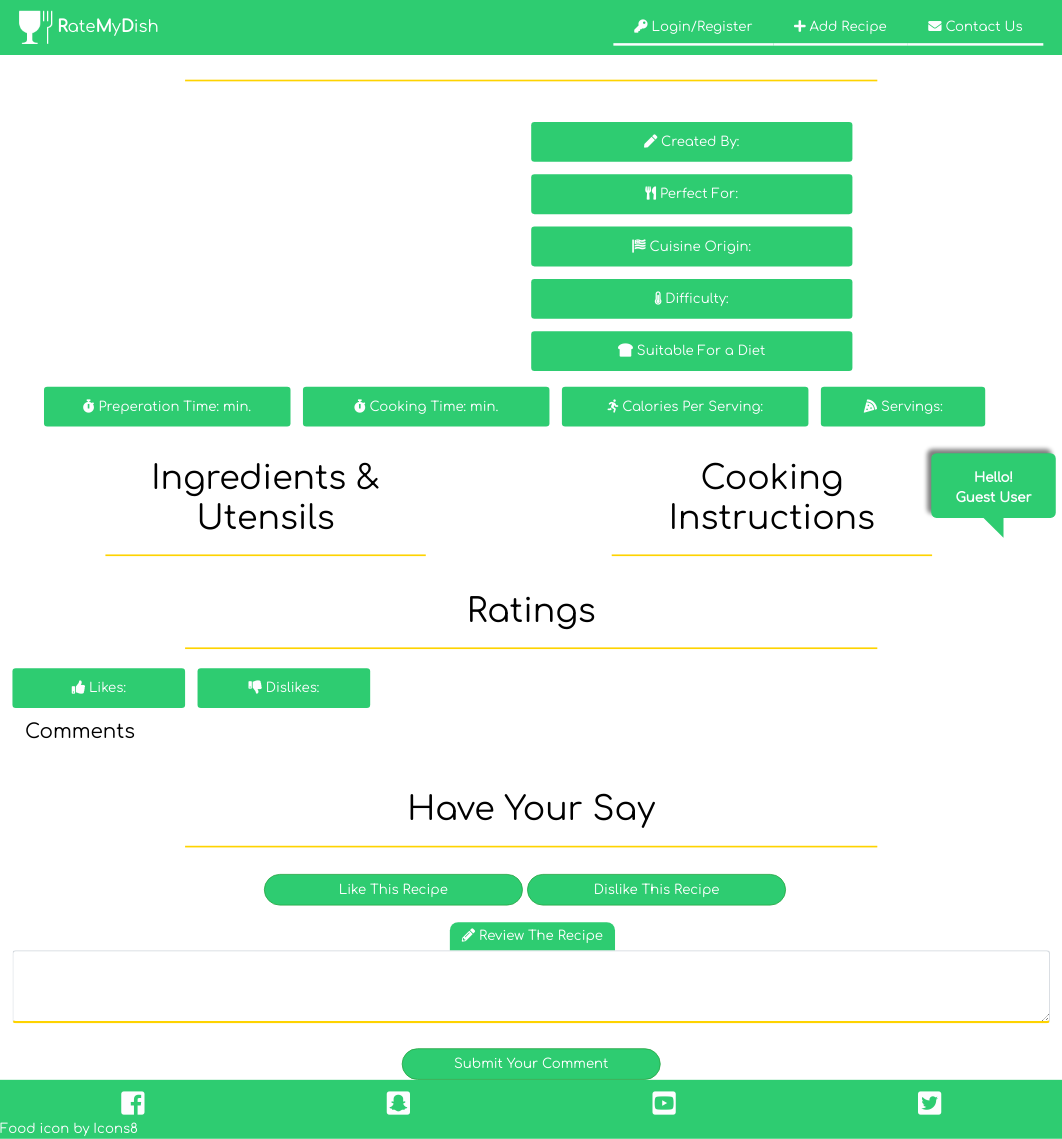
Repository: dbyrne87/ratemydish
Page: templates/recipepage.html
The author's editor kept a record of every edit. The page is drawn from the files as they stood at one moment, then again after the next edit.
The browser window is 1280 px wide. The pictures show the whole page, at 83% of full size.
Some web fonts or font styles are not loaded; a fallback is used. The page is served by the project's application, run on Flask 3 (app.py). The template is opened directly, without the code that normally fills it, so the values that code supplies are empty.

Above is the page before.

### templates/recipepage.html
{% extends 'base_forms.html' %} {% block content %}
<div class="container-fluid">
    {% with messages = get_flashed_messages() %}
                    {% if messages %}
                        {% for message in messages %}
                        <div class=" col-sm-6 alert alert-warning mx-auto" role="alert">
                          {{ message }}
                        </div>
                        {% endfor %}
                    {% endif %}
                {% endwith %}
    <h3 class="col-8 mx-auto text-center sub-heading text-capitalize" id="recipe-page-title">{{task.meal_title}}</h3>
    <div class="row col-12">
        <div class="col-6 mx-auto d-none d-lg-block">
            <img src="{{task.image_url}}" class="col-6" id="recipe-page-image"></img>
        </div>
            <div class="col-lg-6 d-none d-lg-block">
                <p class="recipe-page-list-boxes col-8 rounded" id="recipe-page-list-boxes-first"><i class="fas fa-pen"></i> Created By: {{task.chef_name}}</p>
                <p class="recipe-page-list-boxes col-8 rounded"><i class="fas fa-utensils"></i>   Perfect For: {{task.meal_type}}</p>
                <p class="recipe-page-list-boxes col-8 rounded"><i class="fas fa-flag-usa"></i>   Cuisine Origin: {{task.cuisine_type}}</p>
                <p class="recipe-page-list-boxes col-8 rounded"><i class="fas fa-thermometer-three-quarters"></i> Difficulty: {{task.difficulty}}</p>
                <p class="recipe-page-list-boxes col-8 rounded"><i class="fas fa-bread-slice"></i> Suitable For a {{task.special_diet}} Diet</p>
            </div>
           <div class="col-lg-12 mx-auto d-none d-lg-block">
                <p class="recipe-page-list-boxes col-3 d-inline-block box-margin rounded"><i class="fas fa-stopwatch"></i> Preperation Time: {{task.prep_time}} min.</p>
                <p class="recipe-page-list-boxes col-3 d-inline-block box-margin rounded"><i class="fas fa-stopwatch"></i> Cooking Time: {{task.cook_time}} min.</p>
                <p class="recipe-page-list-boxes col-3 d-inline-block box-margin rounded"><i class="fas fa-running"></i> Calories Per Serving: {{task.calories}}</p>
                <p class="recipe-page-list-boxes col-2 d-inline-block box-margin rounded"><i class="fas fa-pizza-slice"></i> Servings: {{task.servings}}</p>
            </div>
    </div>

    <div class="d-lg-none">
        <img src="{{task.image_url}}" class="col-6" id="recipe-page-image"></img>
    </div>
    <div class="d-lg-none mx-auto">
        <p class="recipe-page-list-boxes col-5 d-inline-block mx-auto rounded" id="recipe-page-list-boxes-first">Created By:<br> {{task.chef_name}}</p>
        <p class="recipe-page-list-boxes col-5 d-inline-block mx-auto rounded">Perfect For:<br> {{task.meal_type}}</p>
        <p class="recipe-page-list-boxes col-5 d-inline-block mx-auto rounded">Cuisine Origin:<br> {{task.cuisine_type}}</p>
        <p class="recipe-page-list-boxes col-5 d-inline-block mx-auto rounded">Difficulty: <br> {{task.difficulty}}</p>
        <p class="recipe-page-list-boxes col-5 d-inline-block mx-auto rounded">Suitable For a <br>{{task.special_diet}}<br>Diet</p>
        <p class="recipe-page-list-boxes col-5 d-inline-block mx-auto rounded">Preperation Time:<br> {{task.prep_time}}<br> min.</p>
        <p class="recipe-page-list-boxes col-5 d-inline-block mx-auto rounded">Cooking Time:<br> {{task.cook_time}}<br> min.</p>
        <p class="recipe-page-list-boxes col-5 d-inline-block mx-auto rounded">Calories Per Serving:<br> {{task.calories}}</p>
        <p class="recipe-page-list-boxes col-5 d-inline-block mx-auto rounded">Servings:<br> {{task.servings}}</p>
    </div>

  <div class="row col-12">
    <div class="col-md-6 col-sm-12">
        <h3 class="col-8 mx-auto text-center sub-heading text-capitalize" id="recipe-page-title">Ingredients & Utensils</h3>
        <ol class="text-left">
           <li>{{task.input_ingredients}}</li>
           <li>{{task.Field2_input_ingredients}}</li>
           <li>{{task.Field3_input_ingredients}}</li>
           <li>{{task.Field4_input_ingredients}}</li>
           <li>{{task.Field5_input_ingredients}}</li>
           <li>{{task.Field6_input_ingredients}}</li>
           <li>{{task.Field7_input_ingredients}}</li>
           <li>{{task.Field8_input_ingredients}}</li>
           <li>{{task.Field9_input_ingredients}}</li>
           <li>{{task.Field10_input_ingredients}}</li>

        </ol>
    </div>

    <div class="col-md-6 col-sm-12">
        <h3 class="col-8 mx-auto text-center sub-heading text-capitalize" id="recipe-page-title">Cooking Instructions</h3>
        <ol class="text-left">
           <li>{{task.input_ingredients}}</li>
           <li>{{task.ID2_input_instructions}}</li>
           <li>{{task.ID3_input_instructions}}</li>
           <li>{{task.ID4_input_instructions}}</li>
           <li>{{task.ID5_input_instructions}}</li>
           <li>{{task.ID6_input_instructions}}</li>
           <li>{{task.ID7_input_instructions}}</li>
           <li>{{task.ID8_input_instructions}}</li>
           <li>{{task.ID9_input_instructions}}</li>
           <li>{{task.ID10_input_instructions}}</li>

        </ol>
    </div>
  </div>
  <div>
      <h3 class="col-8 mx-auto text-center sub-heading text-capitalize" id="recipe-page-title">Ratings</h3>
      <div id="ratings-left">
          <p class="recipe-page-list-boxes col-2 d-inline-block text-center rounded"><i class="fas fa-thumbs-up"></i>   Likes: {{task.likes}}</p>
          <p class="recipe-page-list-boxes col-2 d-inline-block text-center rounded"><i class="fas fa-thumbs-down"></i>   Dislikes: {{task.dislikes}}</p>
          <h4 class="col-6 text-capitalize" id="comments-title">Comments</h4>
          {% for comment in task['comments'][0:5] %}
          <div class="col-6" id="comment">
              <p>{{ comment }}</p>
          </div>
      {% endfor %}
      </div>
  </div>
      <h3 class="col-8 mx-auto text-center sub-heading" id="recipe-page-title">Have Your Say</h3>
      <div class="col-12 have-your-say-content d-inline">
          <form method="POST" id="increase_likes" action="{{ url_for('increase_recipe_likes')}}"></form>
          <form method="POST" id="increase_dislikes" action="{{ url_for('increase_recipe_dislikes')}}"></form>
              <button type="submit" form="increase_likes" class="btn btn-outline-success col-3" name="increase_likes_button" value="{{task._id}}">Like This Recipe</button>
              <button type="submit" form="increase_dislikes" class="btn btn-outline-success col-3" name="increase_dislikes_button" value="{{task._id}}">Dislike This Recipe</button>
          </div>
        <form method="POST" id="comment-form" action="{{ url_for('add_comment', search=task._id) }}">
            <label id="comment_title" for="comment"><i class="fas fa-pencil-alt prefix"></i> Review The Recipe</label>
              <textarea id="comment" name="comment" class="md-textarea form-control" form="comment-form" rows="3"></textarea>
              <button type="submit" id="add_comment_button" name="add_comment_button" class="btn btn-outline-success col-3" value="{{task._id}}">Submit Your Comment</button>
        </form>
      </div>
{% endblock %}

### templates/base_forms.html
<!DOCTYPE html>
<html lang="en">

<head>

  <meta charset="utf-8">
  <meta name="viewport" content="width=device-width, initial-scale=1, shrink-to-fit=no">
  <meta name="description" content="Online Cookbook to Add and View Recipes For People To Like or Dislike">
  <meta name="author" content="Declan Byrne">

  <title>RateMyDish</title>
  <link rel="icon" href="https://img.icons8.com/small/16/000000/food.png">

  <link rel="stylesheet" href="https://stackpath.bootstrapcdn.com/bootstrap/4.3.1/css/bootstrap.min.css" integrity="sha384-ggOyR0iXCbMQv3Xipma34MD+dH/1fQ784/j6cY/iJTQUOhcWr7x9JvoRxT2MZw1T" crossorigin="anonymous">
  <link rel="stylesheet" href="https://use.fontawesome.com/releases/v5.7.2/css/all.css" integrity="sha384-fnmOCqbTlWIlj8LyTjo7mOUStjsKC4pOpQbqyi7RrhN7udi9RwhKkMHpvLbHG9Sr" crossorigin="anonymous">
  <link href="https://fonts.googleapis.com/css?family=Comfortaa|Sniglet" rel="stylesheet">
  <link href="/static/css/style.css" rel="stylesheet">

</head>


    <header class="container-fluid">
        <nav class="navbar container-fluid navbar-light navbar-expand-md navbar-dark bg-gradient-1 fixed-top">
            <div class="container-fluid dropdown-padding">
                <a class="navbar-brand" href="/"><img id="logo" src="/static/media/icons8-food-100.png" alt="RateMyDish Logo"> <b>R</b>ate<b>M</b>y<b>D</b>ish</a>
                <button class="navbar-toggler mr-auto" type="button" data-toggle="collapse" data-target="#navbar-content" aria-controls="navbar-content" aria-expanded="false" aria-label="Toggle navigation">
                    <span class="navbar-toggler-icon"></span>
                </button>

                <div class="collapse navbar-collapse" id="navbar-content">
                    <ul class="navbar-nav ml-auto">
                        {% if username is not none %}
                        <li class="nav-item">
                            <a class="nav-link active" href="/"><i class="fas fa-key"></i> Login/Register</a>
                        </li>
                        {% else %}
                        <li class="nav-item">
                            <a class="nav-link" href="{{ url_for('logout') }}"><i class="fas fa-sign-out-alt"></i> Log Out</a>
                        </li>
                        {% endif %}
                        </li>
                        <li class="nav-item">
                            <a class="nav-link" href="{{ url_for('add_recipe') }}"><i class="fas fa-plus"></i> Add Recipe</a>
                        </li>
                        <li class="nav-item">
                            <a class="nav-link" href="{{ url_for('contact_us') }}"><i class="fas fa-envelope"></i> Contact Us</a>
                        </li>
                    </ul>
                </div>
            </div>
        </nav>
        <div class="speech-bubble d-none d-md-block">
            <div>
                {% if username is none %}
                    <p class="text-center font-weight-bold username">Hello! <br>{{session['username']}}</p>
                {% else %}
                    <p class="text-center font-weight-bold username">Hello! <br> Guest User</p>
                {% endif %}
            </div>
    </header>
    {% block content %} {% endblock %}
    <footer class="row" id="footer-background">
        <div class="col-sm-6 col-md-3 col-lg-3">
            <a class="social-icon d-none d-md-block" href="https://www.facebook.com/" target="_blank"><i class="fab fa-facebook-square fa-2x"></i></a>
        </div>
        <div class="col-sm-6 col-md-3 col-lg-3">
            <a class="social-icon d-none d-md-block" href="https://www.snapchat.com/l/en-gb/" target="_blank"><i class="fab fa-snapchat-square fa-2x"></i></a>
        </div>
        <div class="col-sm-6 col-md-3 col-lg-3">
            <a class="social-icon d-none d-md-block" href="https://www.youtube.com/" target="_blank"><i class="fab fa-youtube-square fa-2x"></i></a>
        </div>
        <div class="col-sm-6 col-md-3 col-lg-3">
            <a class="social-icon d-none d-md-block" href="https://twitter.com/?lang=en" target="_blank"><i class="fab fa-twitter-square fa-2x"></i></a>
        </div>
          <a href="https://icons8.com/icon/2470/food" target="_blank">Food icon by Icons8</a>
    </footer>

      <script src="https://code.jquery.com/jquery-3.4.1.min.js" integrity="sha256-CSXorXvZcTkaix6Yvo6HppcZGetbYMGWSFlBw8HfCJo=" crossorigin="anonymous"></script>
      <script src="https://cdnjs.cloudflare.com/ajax/libs/popper.js/1.14.7/umd/popper.min.js" integrity="sha384-UO2eT0CpHqdSJQ6hJty5KVphtPhzWj9WO1clHTMGa3JDZwrnQq4sF86dIHNDz0W1" crossorigin="anonymous"></script>
      <script src="https://stackpath.bootstrapcdn.com/bootstrap/4.3.1/js/bootstrap.min.js" integrity="sha384-JjSmVgyd0p3pXB1rRibZUAYoIIy6OrQ6VrjIEaFf/nJGzIxFDsf4x0xIM+B07jRM" crossorigin="anonymous"></script>

      <script src="/static/js/edit-field-remove.js"></script>

    </body>

</html>

### app_variables.py
MONGO_DBNAME = 'RateMyDish'
MONGO_URI = 'mongodb+srv://root:MyRootDataBase@myfirstcluster-ur0qm.mongodb.net/RateMyDish?retryWrites=true&w=majority'

MAIL_SERVER = 'smtp.gmail.com'
MAIL_PORT = 465
MAIL_USE_TLS = False
MAIL_USE_SSL = True
MAIL_USERNAME = 'declangbyrne1987@gmail.com'
MAIL_PASSWORD = 'mbainiahchiqdjrl'
MAIL_DEFAULT_SENDER = 'declangbyrne1987@gmail.com'
MAIL_MAX_EMAILS = 1
MAIL_SUPRESS_SEND = False
MAIL_ASCII_ATTACHMENTS = False

MAIL_RECIPIENT = 'declangbyrne1987@gmail.com'

SECRET_KEY = 'SssSSHHhhhhHHHhhThis_is_A_s3cr3T'
HOST = '0.0.0.0'
PORT = 8080
DEBUG = True

### static/css/style.css
/* base.html */

body {
  text-align: center;
  color: #FDFDFF;
  padding: 0 !important;
  margin-top: 50px;
  font-family: 'Sniglet', 'Comfortaa', cursive;
}

.navbar,
.modal-header {
  padding: 8px;
  background-color: #2ecc71;

}

#logo {
  max-height: 40px;
}

.nav-item{
  border-bottom: 3px solid #FDFDFF;
  background-image: linear-gradient(to right, #FDFDFF, #fed300);
  background-size: 0 5px, auto;
  background-repeat: no-repeat;
  background-position: center bottom;
  transition: all .3s ease-in-out;

}

.navbar-toggler {
  top: 55px;
  right: 14px;
  position: absolute;
  padding: 2px;

}

.nav-item:hover {
  background-size: 100% 5px, auto;
}

a,
a:hover {
  text-decoration: none;
  color: #FDFDFF;
}

.nav-link,
.card-header{
  padding: 8px 25px !important;
  color: #FDFDFF !important;

}

.speech-bubble {
  position: fixed;
  bottom: 6em;
  right: 0.5em;
  background-color: #2ECC71;
  border-radius: .4em;
  box-shadow: -5px -5px 5px grey;
  width: 150px;
  height: 78px;
  padding-top: 18px;
  padding-left: 0px;
  z-index: 1000;
}

.speech-bubble:after {
  content: '';
  position: absolute;
  bottom: 0;
  left: 50%;
  width: 0;
  height: 0;
  border: 24px solid transparent;
  border-top-color: #2ECC71;
  border-bottom: 0;
  border-right: 0;
  margin-left: -12px;
  margin-bottom: -24px;
}

.username {
  padding: 0;
}

#footer-background {
  background-color: #2ecc71;
  margin: 0;
  padding-top: 12px;
}

p {
  margin-bottom: 0px;
  padding-left: 20px;
}


/* Our Favourites, Most Liked & Recipe List Page */
.card-img-top{
  max-height:142px;
}

.card {
  background-color: #2ecc71;
  box-shadow: 10px 10px 4px rgba(0, 0, 0, .5);

}

.card-body {
  min-height: 96px;
  background-color: #FCFCFC;
  color: black;
  padding:16px 5px;

}

.card-text {
  color: black;
}

.card-footer {
  width: 100%;
  display: block;
}

label{
  margin-bottom:0;
  margin-left:3px;
  padding: 5px 14px 5px 14px;
  background-color:#2ecc71;
  border-radius:10px 10px 0px 0px;
  color:white;
}

/* home.html*/

#search-text {
  padding-top: 35px;
}

.jumbotron-fluid {
  background-image: url("/static/media/jumbotron-img.jpg");
  background-size: cover;
  height: 100%;
}

hr {
  /*Horizontal Style Rule */
  border: 3px solid #2ecc71;

}

h3 {
  color: #FDFDFF;
  padding-top: 0;
}

.btn-outline-success {
  background-color: #2ecc71;
  color: white;
  border-radius: 20px;
}

.category-buttons {
  margin: 50px 50px 80px 0px;
}

.modal-body {
  background-color:#2ecc71;
  display:block;
  padding: 0px;
}

.selection-button{
  padding: 20px 0px;
  border:none;
  border-bottom: 3px solid white;
  border-radius:0;
  background-color:#2ecc71;
  color:white;
}

.sub-heading {
  padding: 20px 0px;
  border-bottom: 2px solid #FED300;
}

.sub-heading {
  color: black;

}


/* register_login Page.html*/
.video-wrap {
  clip: rect(0, auto, auto, 0);
  position: absolute;
  top: 0;
  left: 0;
  width: 100%;
  height: 100%;
}

#video {
  position: fixed;
  display: block;
  top: 0;
  left: 0;
  width: 100%;
  height: 100%;
  background-size: cover;
  background-position: center center;
  -webkit-transform: translateZ(0);
  transform: translateZ(0);
  will-change: transform;
  z-index: -1000;
}

video {
  position: fixed;
  top: 50%;
  left: 50%;
  min-width: 100%;
  min-height: 100%;
  width: auto;
  height: auto;
  z-index: -100;
  transform: translateX(-50%) translateY(-50%);
  background: url('') no-repeat;
  background-size: cover;
  transition: 1s opacity;
}

.video-background {
  position: relative;
  width: 100%;
  height: 100vh;
}

#input-container {
  margin-top: 66px;
  padding-top: 2%;
  margin-bottom: 10px;
}

#input-seperator {
  border-right: 3px solid white;
  margin-top: 20px;
  margin-right: 60px;
}

#input-seperator-bottom {
  border-top: 3px solid white;
}


/* Contact , Add Recipe & Edit Recipe Page Forms */
.field-padding {
  margin-bottom: 20px;

}

.input-group-text {
  background-color: #2ECC71;
  color: white;
}

#btnAdd_1,
#btnDel_1,
#btnAdd_2,
#btnDel_2{
  margin-bottom: 16px;
}

#recipe_submit-button{
  margin-top: 30px;
}

#add_recipe_card {
  margin-top: 75px;
}

.alert {
  font-size: 30px;
}


/*   search_results.html    */
#search-footer{
  padding:0;
}


/*   recipepage.html    */
#recipe-page-title{
 font-size:40px;
 padding-top:26px;
}

#recipe-page-image{
  margin:27px 20px 10px 10px;
  max-width:50vw;
  padding:0;
  box-shadow: 10px 10px 4px rgba(0, 0, 0, .5);
}

#recipe-page-list-boxes-first{
  margin-top:27px;
}

.recipe-page-list-boxes{
  background-color:#2ecc71;
  margin:15px 10px 15px 0px;
  padding: 12px 20px;
  top: 4%;
}

ol{
  color:black;
  word-wrap: normal
}

li:empty{
    display:none;
}

#ratings-left{
  text-align:left;
}

#comments-title{
  color:black;
  padding-bottom:20px;
}

#comment{
  color:black;
  border-bottom:3px solid #FED300;
  margin-bottom:30px;
  word-wrap: normal;
}

#comment_title{
  margin-top:20px;
}

.have-your-say-content{
  text-align:left !important;
}

.md-textarea:focus {
  border-color: #FED300 !important;
  box-shadow: inset 0 1px 1px rgba(254, 211, 0, 0.075), 0 0 8px rgba(254, 211, 0, 0.6) !important;
}

/* ########   Media Queries   ######## */

@media (min-width: 342px) {
  .navbar-toggler {
    top: 55px;
    right: 42px;
    position: absolute;
    padding: 2px;
  }
}

@media (max-width: 576px) {
  .video-background {
    position: relative;
    width: 100%;
    height: 150vh;
  }
  #recipe-page-list-boxes-first{
    margin-top:17px !important;
  }
  .recipe-page-list-boxes{
  padding:20px 5px;
  }
}


@media (max-width:767px) {
  .fixed-top {
    top: -40px;
  }
  .dropdown-padding {
    padding-top: 40px;
  }
    .navbar-toggler {
    top: 55px;
    right: 11px;
    position: absolute;
    padding: 2px;
  }
}

@media (max-width:992px) {
  #recipe-page-image{
  margin:0;
  min-width:81vw;
}

}

@media (max-width:1025px) {
  .category-buttons {
    margin: 10px 0px;
  }
   .recipe-page-list-boxes{
    top:0;
    margin-bottom:2px;
   }
}

@media (max-width:1125px) {
  #recipe-page-list-boxes-first{
    margin-top:5px;
  }
}

Loaded but not shown: app.py (310 lines, source omitted); static/js/edit-field-remove.js (no copy from this time; the picture is the same without it)

After the next edit:
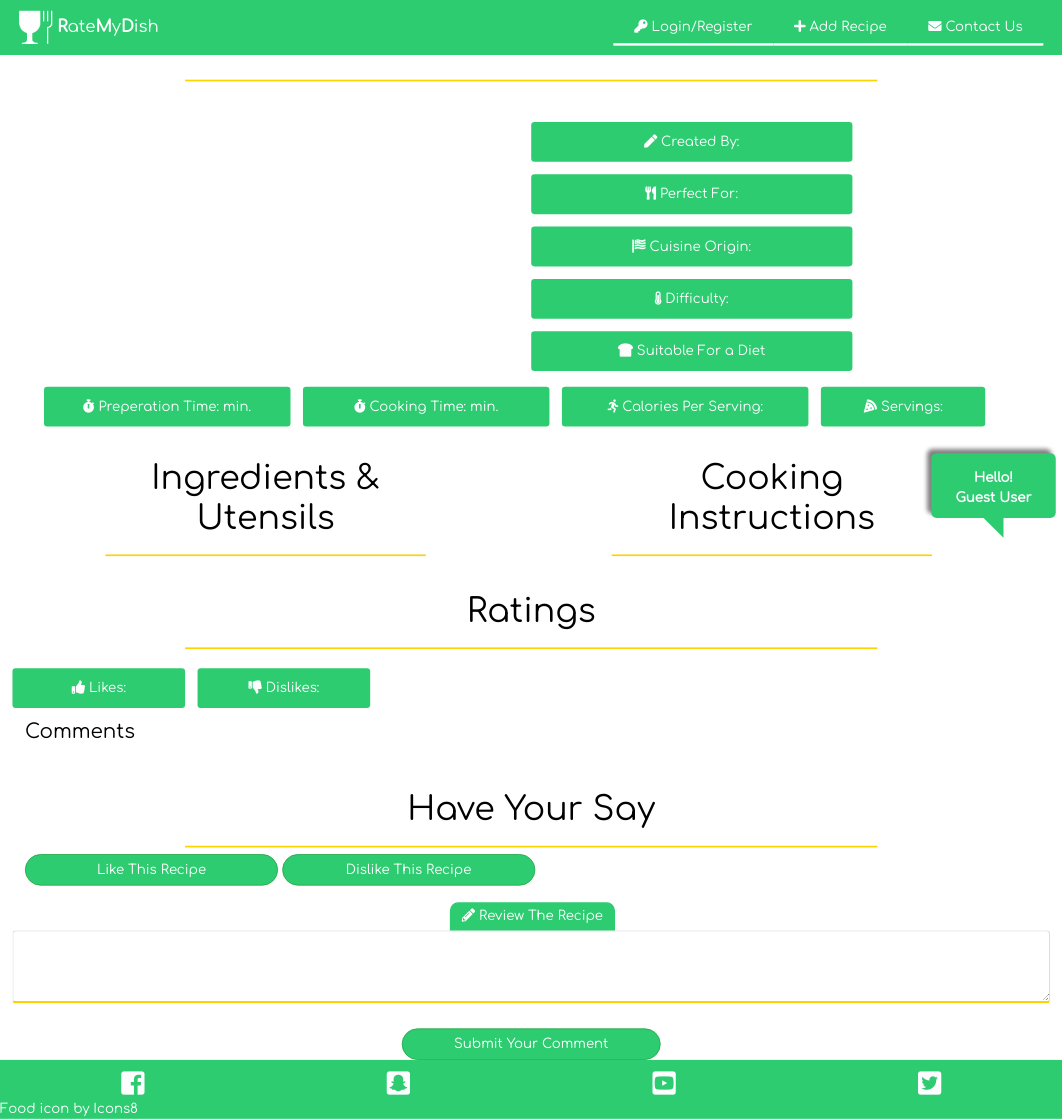
The edit:
--- a/templates/recipepage.html
+++ b/templates/recipepage.html
@@ -93,7 +93,7 @@
       </div>
   </div>
       <h3 class="col-8 mx-auto text-center sub-heading" id="recipe-page-title">Have Your Say</h3>
-      <div class="col-12 have-your-say-content d-inline">
+      <div class="col-12 have-your-say-content d-inline-block">
           <form method="POST" id="increase_likes" action="{{ url_for('increase_recipe_likes')}}"></form>
           <form method="POST" id="increase_dislikes" action="{{ url_for('increase_recipe_dislikes')}}"></form>
               <button type="submit" form="increase_likes" class="btn btn-outline-success col-3" name="increase_likes_button" value="{{task._id}}">Like This Recipe</button>
